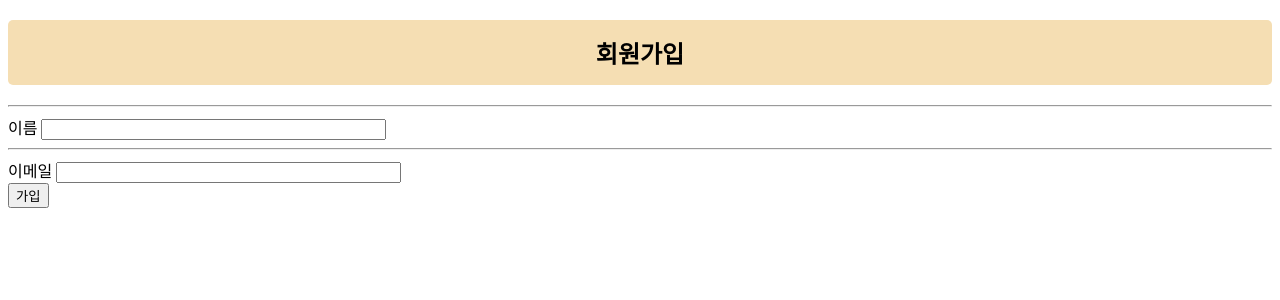
Repository: Hwater00/JSP-practice
Page: javaWorkspace/jwbook/src/main/webapp/ch03/rdgform.html
These files come from the project's save history. The page is drawn as it stood at one moment and after the next save; the edit follows.
The browser window is 1280 px wide. The pictures show the whole page.

Above is the page before, as saved 2023-07-26 07:46:31.

### javaWorkspace/jwbook/src/main/webapp/ch03/rdgform.html
<!DOCTYPE html>
<html>
<head>
<meta charset="UTF-8">
<title>회원 가입 폼 만들기</title>
<style>
	h2{
		border-radius: 5px;
		background-color: wheat;
		text-align: center;
		padding: 15px 0;
	}
 #result #regform{
		padding: 15px 20px;
		border-radius: 10px;
		margin: auto;
		width: 50%;
		background-color: sandyBrown;
	}
</style>
</head>
<script>
	function singUp(){
		alert("정말로 가입 하시겠습니다.");
		document.getElementById("regform").style.display= "none";
		document.getElementById("rname").innerHTML= document.form1.name.value;
		document.getElementById("remail").innerHTML = document.form1.email.value;
		document.getElementById("result").setAttribute("style","display:block; background-color:white;");
	}
</script>
<body>
	<h2>회원가입</h2>
	<hr>
	<div id="regform">
		<form name="form1">
			<label>이름</label>
			<input type="text" name="name" size="40"><br>
			<hr>
			<label>이메일</label>
			<input type="email" " name="email" size="40"><br>
			<button type="button" onclick="singUp">가입</button>
		</form>
	</div>
	<div id="result" class="result">
		<h3>가입정보</h3>
		<hr>
		이름:<span id ="rname"></span><br>
		이메일:<span id ="remail"></span><br>
	</div>
	<script>
		document.getElementById("result").style.display = "none";
	</script>
</body>
</html>

After the next save:
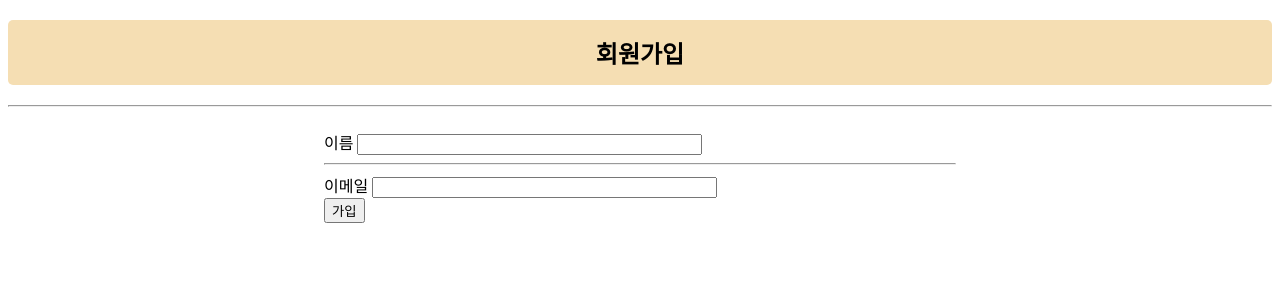
Saved 20 s later.
--- a/javaWorkspace/jwbook/src/main/webapp/ch03/rdgform.html
+++ b/javaWorkspace/jwbook/src/main/webapp/ch03/rdgform.html
@@ -10,12 +10,12 @@
 		text-align: center;
 		padding: 15px 0;
 	}
- #result #regform{
+ #regform{
 		padding: 15px 20px;
 		border-radius: 10px;
 		margin: auto;
 		width: 50%;
-		background-color: sandyBrown;
+		background-color: sandyrown;
 	}
 </style>
 </head>
